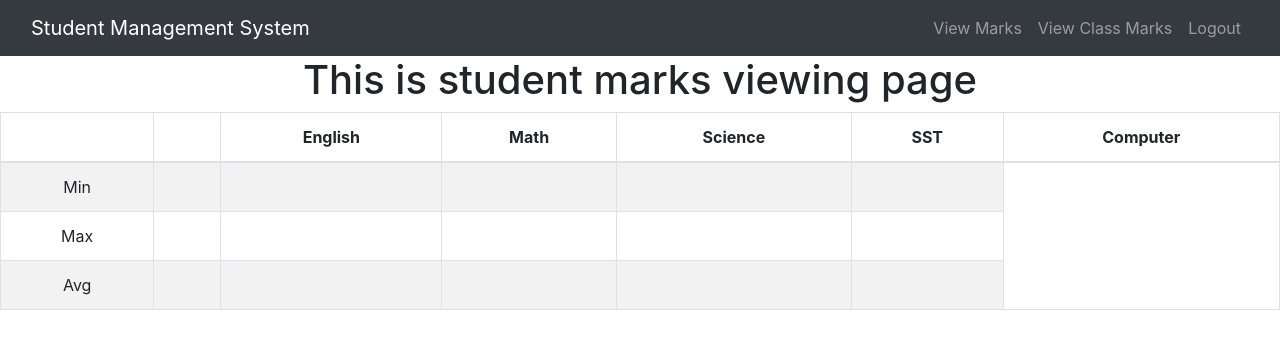
Repository: arupmaji404/StudentManagementSystem
Page: http://localhost/student/view-class-marks
An editor plug-in stored every save of this project. The page is shown before and after the next save, followed by the edit.
The browser window is 1280 px wide. The pictures show the whole page.
The page is this project's Thymeleaf template; nobody is signed in. The template is opened directly, without the code that normally fills it, so the values that code supplies are empty.

Above is the page before, as saved 2022-09-20 16:53:01.

### StudentManagementSystem/src/main/resources/templates/student/view-class-marks.html

<!DOCTYPE html>
<html lang="en" xmlns:th="http://www.thymeleaf.org">
<head>
<meta charset="ISO-8859-1">
<title>View Marks</title>
<link rel="stylesheet"
	href="https://stackpath.bootstrapcdn.com/bootstrap/4.1.3/css/bootstrap.min.css"
	integrity="sha384-MCw98/SFnGE8fJT3GXwEOngsV7Zt27NXFoaoApmYm81iuXoPkFOJwJ8ERdknLPMO"
	crossorigin="anonymous">
</head>
<body>
	<div th:insert="navbar_student :: navbar"></div>
	<div class="text-center mb-2">
		<h1>This is student marks viewing page</h1>
	</div>


	<table class="table table-bordered table-striped text-center">
		<thead>
			<tr>
				<th><th>
				<th>English</th>
				<th>Math</th>
				<th>Science</th>
				<th>SST</th>
				<th>Computer</th>
			</tr>
		</thead>
		<tbody>
			<tr>
			<td><span> Min </span></td>
				<td><span th:text="${min_english}"> English </span></td>
				<td><span th:text="${min_math}"> Math </span></td>
				<td><span th:text="${min_science}"> Science </span></td>
				<td><span th:text="${min_sst}"> SST </span></td>
				<td><span th:text="${min_computer}"> Computer </span></td>
			</tr>
			<tr>
			<td><span> Max </span></td>
				<td><span th:text="${max_english}"> English </span></td>
				<td><span th:text="${max_math}"> Math </span></td>
				<td><span th:text="${max_science}"> Science </span></td>
				<td><span th:text="${max_sst}"> SST </span></td>
				<td><span th:text="${max_computer}"> Computer </span></td>
			</tr>
			<tr>
			<td><span> Avg </span></td>
				<td><span th:text="${avg_english}"> English </span></td>
				<td><span th:text="${avg_math}"> Math </span></td>
				<td><span th:text="${avg_science}"> Science </span></td>
				<td><span th:text="${avg_sst}"> SST </span></td>
				<td><span th:text="${avg_computer}"> Computer </span></td>
			</tr>
		</tbody>
	</table>
</body>
</html>

### StudentManagementSystem/src/main/resources/templates/navbar_student.html
<!DOCTYPE html>
<html xmlns:th="http://www.thymeleaf.org">
<head>
    <meta charset="UTF-8">
    <title>Student Navigation Bar</title>

</head>
<body>

<nav th:fragment="navbar" class="navbar navbar-expand-md bg-dark navbar-dark">
    <div class="container-fluid">
        <div class="navbar-header">
            <a class="navbar-brand" th:href="@{/student/studentIndex}">Student Management System</a>
        </div>
        <ul class="nav navbar-nav">
            <li><a class="nav-link" th:href="@{/student/view-marks}">View Marks</a></li>
			<li><a class="nav-link" th:href="@{/student/view-class-marks}">View Class Marks</a></li>
            <li><a class="nav-link" th:href="@{/logout}">Logout</a></li>
		</ul>
    </div>
</nav>

</body>
</html>

After the next save:
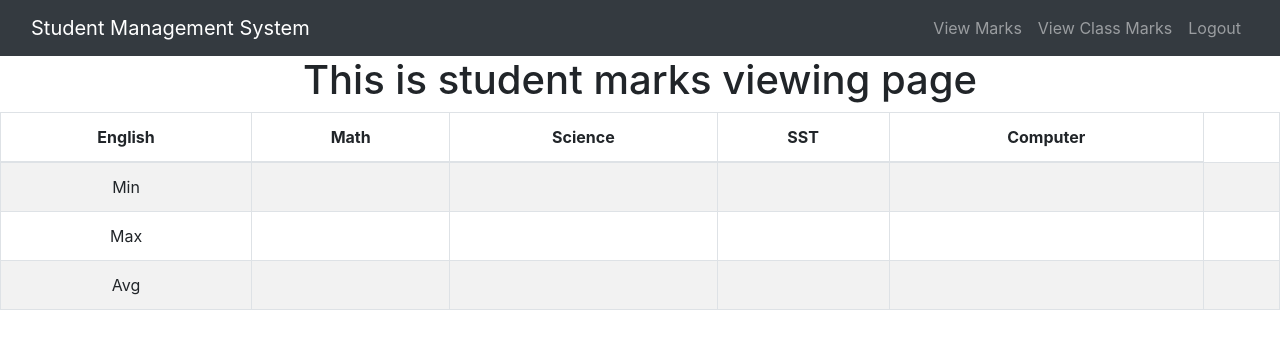
Saved 69 s later.
--- a/StudentManagementSystem/src/main/resources/templates/student/view-class-marks.html
+++ b/StudentManagementSystem/src/main/resources/templates/student/view-class-marks.html
@@ -19,7 +19,6 @@
 	<table class="table table-bordered table-striped text-center">
 		<thead>
 			<tr>
-				<th><th>
 				<th>English</th>
 				<th>Math</th>
 				<th>Science</th>
